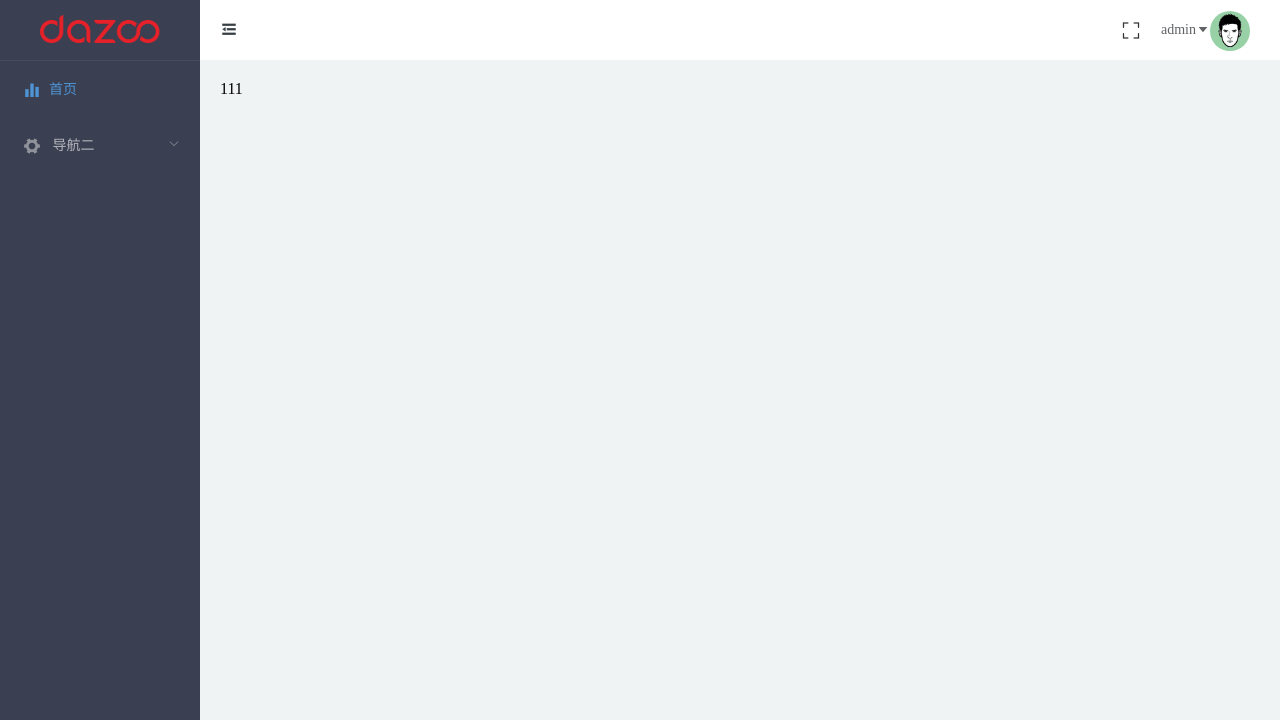
Repository: TomGodb/dazoo-admin
Page: /#/Home
An editor plug-in stored every save of this project. The page is shown before and after the next save, followed by the edit.
The browser window is 1280 px wide. The pictures show the whole page.
The project was rebuilt for these pictures with package versions that can differ from the ones it lists, and the page was loaded fresh each time. Also part of the build but not shown: vue.config.js, src/components/SlideVerify/index.vue, src/utils/request.js, src/views/login/http.js, src/views/login/index.vue.

Above is the page before, as saved 2021-01-23 10:02:56.

### public/index.html
<!DOCTYPE html>
<html lang="">
  <head>
    <meta charset="utf-8">
    <meta http-equiv="X-UA-Compatible" content="IE=edge">
    <meta name="viewport" content="width=device-width,initial-scale=1.0">
    <link rel="icon" href="<%= BASE_URL %>favicon.ico">
    <title>运维管理后台</title>
  </head>
  <body>
    <noscript>
      <strong>We're sorry but <%= htmlWebpackPlugin.options.title %> doesn't work properly without JavaScript enabled. Please enable it to continue.</strong>
    </noscript>
    <div id="app"></div>
    <!-- built files will be auto injected -->
  </body>
</html>

### src/main.js
import Vue from "vue";
import App from "./App.vue";
import router from "./router";
import store from "./store";
import ElementUI from 'element-ui';
import 'element-ui/lib/theme-chalk/index.css';
Vue.config.productionTip = false;
Vue.use(ElementUI);
new Vue({
  router,
  store,
  render: h => h(App)
}).$mount("#app");

### src/App.vue
<template>
  <div id="app">
    <!-- <div id="nav">
      <router-link to="/">Home</router-link> |
      <router-link to="/about">About</router-link>
    </div> -->
    <router-view />
  </div>
</template>

<style lang="less">
* {
  padding: 0;
  margin: 0;
}
body,
html {
  height: 100%;
}
#app {
  font-family: "\5FAE\8F6F\96C5\9ED1";
  height: 100%;
}

// #nav {
//   padding: 30px;
//   a {
//     font-weight: bold;
//     color: #2c3e50;
//     &.router-link-exact-active {
//       color: #42b983;
//     }
//   }
// }
</style>

### src/router/index.js
import Vue from "vue";
import VueRouter from "vue-router";

import login from "@v/login/index.vue";
import Home from "@/Home/index.vue";
Vue.use(VueRouter);
import module from './modole'

export const currencyRoutes = [{
    path: "/",
    name: "login",
    component: login,
  },
  {
    path: "/Home",
    name: "Home",
    component: Home,
    redirect: "/dashbord",
    children: module,

  },
];
const router = new VueRouter({
  mode: "hash",
  base: process.env.BASE_URL,
  routes: currencyRoutes
});

export default router;

### src/store/index.js
import Vue from "vue";
import Vuex from "vuex";
import getters from "./getters"

Vue.use(Vuex);
export default new Vuex.Store({
  state: {
    opened: false
  },
  mutations: {
    SET_OPENED(state) {
      state.opened = !state.opened;
    },
  },
  actions: {},
  modules: {},
  getters
});

### src/Home/index.vue
<template>
  <div class="home-container">
    <el-container>
      <el-aside :width="opened ? '64px' : '200px'">
        <el-menu
          :default-active="activeMenu"
          class="el-menu-vertical-demo"
          background-color="#3a3f51"
          text-color="#b5b6bd"
          active-text-color="rgb(79, 148, 212)"
          mode="vertical"
          :collapse-transition="false"
          router
          :collapse="opened"
        >
          <NavMenu :navMenus="menuData"></NavMenu>
        </el-menu>
      </el-aside>
      <el-container>
        <el-header>
          <m-header></m-header>
          <!-- <h1>{{ opened }}</h1> -->
        </el-header>
        <el-main>
          <transition name="fade-page" mode="out-in">
            <router-view></router-view>
          </transition>
        </el-main>
      </el-container>
    </el-container>
  </div>
</template>

<script>
import NavMenu from "./NavMenu";
import { mapGetters } from "vuex";
import MHeader from "./Header";
import { menuData } from "./NavMenu/meunDataRouter";
export default {
  components: {
    NavMenu,
    MHeader,
  },
  data() {
    return {
      menuData,
    };
  },
  computed: {
    activeMenu() {
      return this.$route.path;
    },
    ...mapGetters(["opened"]),
  },
};
</script>

<style lang="less" scoped>
.el-header,
.el-footer {
  // background-color: #b3c0d1;
  color: #333;
  // text-align: center;
  // line-height: 60px;
}
.home-container {
  height: 100%;
  .el-aside {
    transition: width 0.3s;
    overflow: hidden;
    background-color: rgb(58, 63, 81);
  }
  .el-menu {
    border-right: 0px !important;
  }
  .fade-page-enter-active,
  .fade-page-leave-active {
    transition: all 0.5s;
  }
  .fade-page-enter {
    opacity: 0;
    transform: translateX(-30px);
  }
  .fade-page-leave-to {
    opacity: 0;
    transform: translateX(-30px);
  }
}
.el-container {
  height: 100%;
}
.el-main {
  background-color: #f0f3f4;
}
</style>

### src/router/modole/index.js
import aaa from './aaa'
let routesArray = []

let toArray = (pages) => {
  Object.keys(pages).forEach((key) => {
    let obj = pages[key]
    Object.keys(obj).forEach((key) => {
      routesArray.push(obj[key])
    })
  })
}
toArray([aaa])

export default routesArray

### src/store/getters.js

const getters ={
    opened(state){
        return state.opened
    }
}
export default getters;

### src/Home/NavMenu/index.vue
<template>
  <div class="navMenu">
    <div class="header_l" :style="{ width: opened ? '64px' : '200px' }">
      <img v-if="opened" src="@a/ImgSrc/Home-logo/dazoo-logo.png" alt="logo" />
      <img v-else src="@a/ImgSrc/Home-logo/logo.jpg" alt="logo" />
    </div>
    <template v-for="navMenu in navMenus">
      <!-- 最后一级菜单 -->
      <el-menu-item
        v-if="!navMenu.children && navMenu"
        :key="navMenu.id"
        :data="navMenu"
        :index="navMenu.path"
      >
        <i :class="navMenu.meta.icon"></i>
        <span slot="title">{{ navMenu.meta.title }}</span>
      </el-menu-item>
      <!-- 此菜单下还有子菜单 -->
      <el-submenu
        v-if="navMenu.children && navMenu"
        :key="navMenu.id"
        :data="navMenu"
        :index="navMenu.path"
      >
        <template slot="title">
          <i :class="navMenu.meta.icon"></i>
          <span> {{ navMenu.meta.title }}</span>
        </template>
        <!-- 递归 -->
        <NavMenu :navMenus="navMenu.children"></NavMenu>
      </el-submenu>
    </template>
  </div>
</template>

<script>
import { mapGetters } from "vuex";
export default {
  computed: {
    ...mapGetters(["opened"]),
  },
  name: "NavMenu",
  props: ["navMenus"],
  data() {
    return {};
  },
  methods: {},
};
</script>
<style lang="less" scoped>
.header_l {
  border-bottom: 1px solid #454b61;
  width: 200px;
  height: 60px;
  line-height: 60px;
  text-align: center;
  color: white;
  font-size: 15px;
  font-weight: 700;
  img {
    height: 28px;
    vertical-align: middle;
    // margin-right: 8px;
    position: relative;
    top: -3px;
  }
}
</style>

### src/Home/Header/index.vue
<template>
  <div class="sideCollapse">
    <div class="sideCollapse-left" id="domColapse">
      <i
        :class="{ 'el-icon-s-unfold': opened, 'el-icon-s-fold': !opened }"
        @click="toggleOpen()"
      ></i>
    </div>
    <div class="sideCollapse-right">
      <user-dropdown></user-dropdown>
    </div>
  </div>
</template>

<script>
import { mapGetters } from "vuex";
import UserDropdown from "./UserDropdown";
export default {
  components: {
    UserDropdown,
  },
  computed: {
    ...mapGetters(["opened"]),
    // toggleClass() {
    //   return {
    //     'el-icon-s-unfold': this.opened === 'true',
    //     'el-icon-s-fold': this.opened !== 'true'
    //   }
    // }
  },
  methods: {
    toggleOpen() {
      this.$store.commit("SET_OPENED");
    },
  },
};
</script>
<style lang="less" scoped>
.sideCollapse-left {
  float: left;

  font-size: 18px;
  color: #363f44;
  cursor: pointer;
}
.sideCollapse {
  background-color: white;
  line-height: 60px;
  height: 100%;
}
.sideCollapse-right {
  float: right;
}
</style>

### src/Home/NavMenu/meunDataRouter.js
const menuData = [{
        id: 1,
        meta: {
            title: "首页",
            icon: "el-icon-s-data"
        },
        path: "/dashbord",
    },
    {
        id: 2,
        meta: {
            title: "导航二",
            icon: "el-icon-s-tools"
        },

        children: [{
            id:2-1,
            path: "/dashbord/aaa",
            meta: {
                title: "导航2-1",
                icon: "el-icon-s-tools"
            },
        }]
    },
    // {
    //     id: 3,
    //     meta: {
    //         title: "导航三",
    //         icon: "el-icon-s-release"
    //     },
    //     path: "/",
    // },
    // {
    //     id: 4,
    //     meta: {
    //         title: "导航四",
    //         icon: "el-icon-coin"
    //     },
    //     path: "/",
    // },
    // {
    //     id: 5,
    //     meta: {
    //         title: "导航五",
    //         icon: "el-icon-upload"
    //     },
    //     path: "/",
    // },
]

export {
    menuData
}

### src/router/modole/aaa.js
export default [{
        path: "/dashbord",
        name: "Dashbord",
        component: () => import("@v/dashbord"),
        meta: {
            title: "首页",
            icon: "el-icon-s-data"
        }
    },
    {
        path: "/dashbord/aaa",
        name: "aaa",
        component: () => import("@v/aaa"),
        meta: {
            title: "aaa",
            icon: "el-icon-s-data"
        }
    },
]

### src/Home/Header/UserDropdown.vue
<template>
  <div>
    <div class="hoverBag" @click="toggleFull">
      <i class="el-icon-full-screen iconFont"></i>
    </div>
    <el-dropdown class="userDd hoverBag" @command="handleCommand">
      <div class="userDrop">
        <span class="userDrop_text">
          admin<i class="el-icon-caret-bottom"></i
        ></span>
        <img src="@a/ImgSrc/header_images/user01.jpg" alt="user" />
      </div>
      <el-dropdown-menu solt="dropdown">
        <el-dropdown-item
          v-for="(item, index) in dropdownList"
          :key="index"
          :command="index"
        >
          <i :class="item.icon"></i>{{ item.title }}
        </el-dropdown-item>
        <!-- <el-dropdown-item>
          <i class=""></i>
        </el-dropdown-item>
        <el-dropdown-item divided>
          <i class=""></i>
        </el-dropdown-item> -->
      </el-dropdown-menu>
    </el-dropdown>
  </div>
</template>
<script>
import screenfull from "screenfull";
export default {
  data() {
    return {
      dropdownList: [
        {
          icon: "el-icon-s-home",
          title: "首页",
          path: "/Home",
        },
        {
          icon: "el-icon-s-custom",
          title: "个人信息",
          path: "/dashbord/aaa",
        },
        {
          icon: "el-icon-switch-button",
          title: "登出",
          path: "/",
        },
      ],
    };
  },
  methods: {
    handleCommand(index) {
      this.$router.push(this.dropdownList[index].path);
    },
    toggleFull() {
      screenfull.toggle();
    },
  },
};
</script>
<style lang="less" scoped>
.iconFont {
  font-size: 20px;
  vertical-align: middle;
}
.userDrop img {
  vertical-align: middle;
  display: inline-block;
  width: 40px;
  height: 40px;
  border-radius: 50%;
  vertical-align: middle;
}

.hoverBag {
  cursor: pointer;
  height: 100%;
  padding: 0px 10px;
  float: left;
}
.hoverBag:hover {
  background: #f0f3f4;
}
</style>

### src/views/dashbord/index.vue
<template>
<div>
    111
</div>
</template>
<script>
export default {
    data(){
        return {

        }
    }
}
</script>
<style lang="less" scoped>

</style>

After the next save:
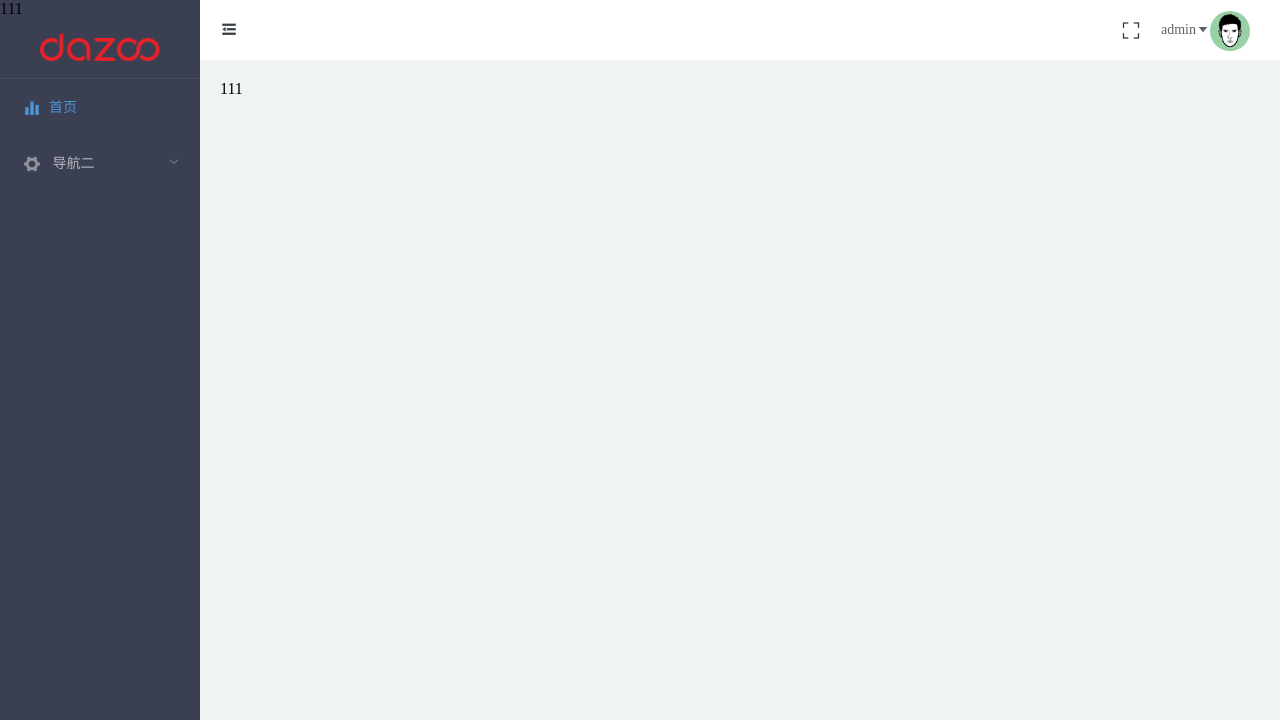
Saved 10 s later.
--- a/src/Home/NavMenu/index.vue
+++ b/src/Home/NavMenu/index.vue
@@ -1,5 +1,6 @@
 <template>
   <div class="navMenu">
+    111
     <div class="header_l" :style="{ width: opened ? '64px' : '200px' }">
       <img v-if="opened" src="@a/ImgSrc/Home-logo/dazoo-logo.png" alt="logo" />
       <img v-else src="@a/ImgSrc/Home-logo/logo.jpg" alt="logo" />

After the save that followed:
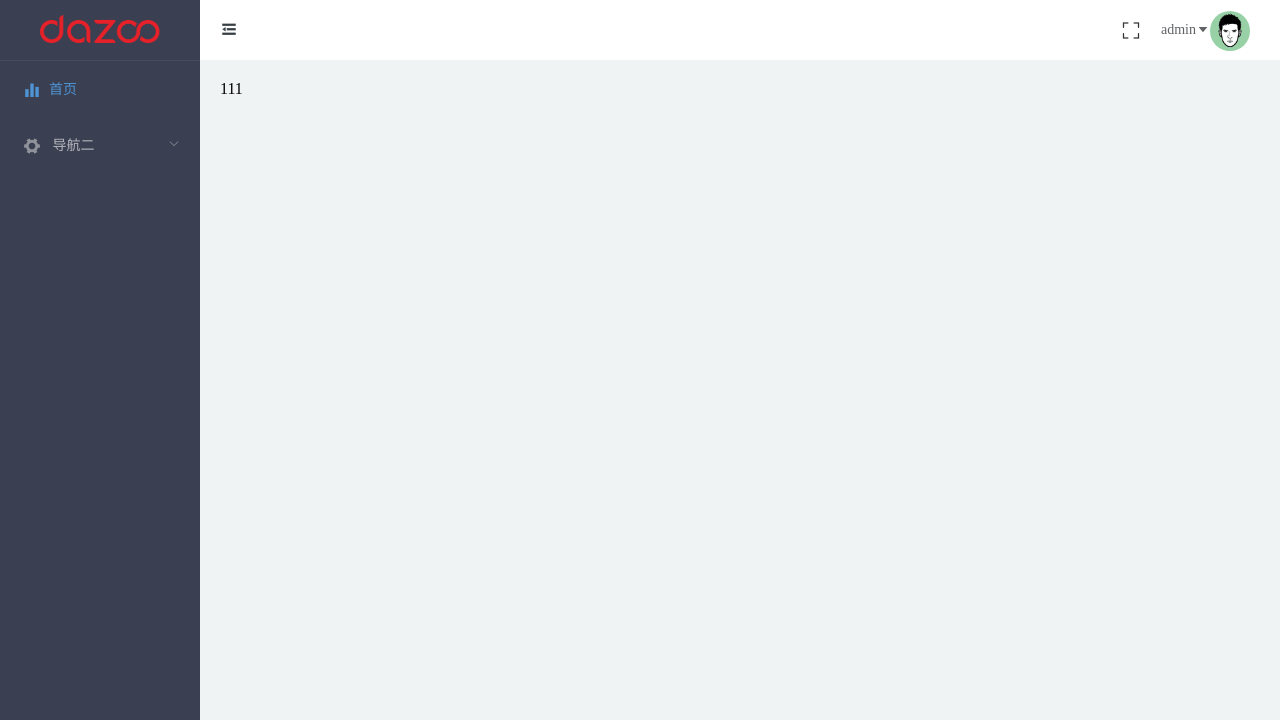
Saved 12 s later.
--- a/src/Home/NavMenu/index.vue
+++ b/src/Home/NavMenu/index.vue
@@ -1,6 +1,6 @@
 <template>
   <div class="navMenu">
-    111
+
     <div class="header_l" :style="{ width: opened ? '64px' : '200px' }">
       <img v-if="opened" src="@a/ImgSrc/Home-logo/dazoo-logo.png" alt="logo" />
       <img v-else src="@a/ImgSrc/Home-logo/logo.jpg" alt="logo" />
